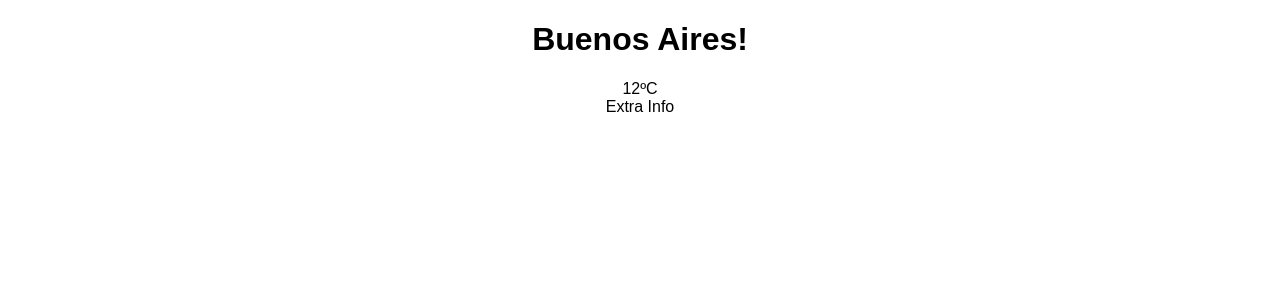
Repository: gustavojuan/REACT-weatherApp
Page: /
The author's editor kept a copy of each file at every save. The page is drawn from the files as they stood at one save, then again after the next save.
The browser window is 1280 px wide. The pictures show the whole page.
The project was rebuilt for these pictures with package versions that can differ from the ones it lists, and the page was loaded fresh each time.

Above is the page before, as saved 2018-07-12 08:54:28.

### src/App.js
import React, { Component } from 'react';
import WeatherLocation from './components/WeatherLocation';
import './App.css';

class App extends Component {
  render() {
    return (
      <div className="App">
        <WeatherLocation></WeatherLocation>
      </div>
    );
  }
}

export default App;

### src/components/WeatherLocation.js
import React from 'react';
import Location from './Location';
import WeatherData from './WeatherData';

const WeatherLocation = () => (
    <div>
        <Location city={'Buenos Aires!'}/>
        <WeatherData />
    </div>
)
export default WeatherLocation;

### src/components/Location.js
import React from 'react';

const Location = (props)=>{
    const city = props.city;
    return (
        <div>
            <h1>{city}</h1>
        </div>
    );
}

export default Location;

### src/components/WeatherData.js
import React from 'react';
import WeatherTemperature from './WeatherTemperature'
import WeatherExtraInfo from './WeatherExtraInfo';

const WeatherData = () => (
    <div>
        <WeatherTemperature></WeatherTemperature>
        <WeatherExtraInfo></WeatherExtraInfo>
    </div>
)

export default WeatherData;

### src/components/WeatherTemperature.js
import React from 'react'


const WeatherTemperature = () => (
    <div>
        <span>12ºC</span>
    </div>
)

export default WeatherTemperature

### src/components/WeatherExtraInfo.js
import React from 'react';

const WeatherExtraInfo = () => (
    <div>Extra Info</div>
);

export default WeatherExtraInfo;

Loaded but not shown: public/index.html (common file); src/index.js (common file); src/index.css (common file); src/registerServiceWorker.js (common file); src/App.css (common file)

After the next save:
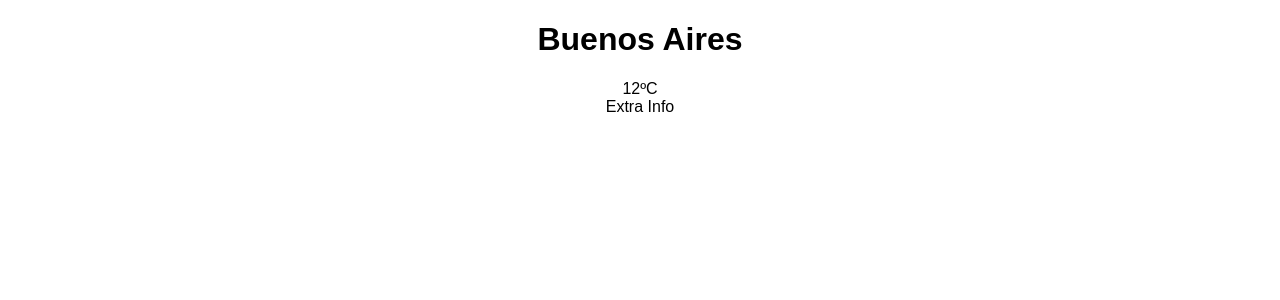
Saved 10 s later.
--- a/src/components/WeatherLocation.js
+++ b/src/components/WeatherLocation.js
@@ -4,7 +4,7 @@ import WeatherData from './WeatherData';
 
 const WeatherLocation = () => (
     <div>
-        <Location city={'Buenos Aires!'}/>
+        <Location city={'Buenos Aires'}/>
         <WeatherData />
     </div>
 )
